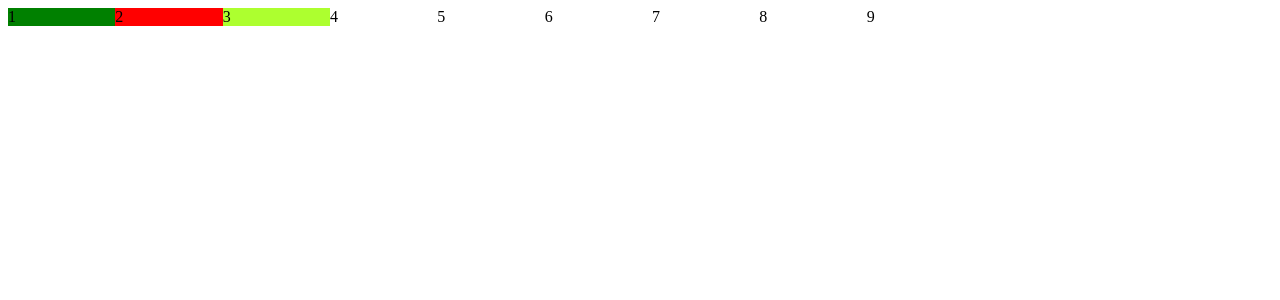
Repository: motiejus1/09-paskaita-05.31
Page: index.html
These files come from the project's save history. The page is drawn as it stood at one moment and after the next save; the edit follows.
The browser window is 1280 px wide. The pictures show the whole page.

Above is the page before, as saved 2021-06-15 18:49:07.

### index.html
<!DOCTYPE html>
<html lang="en">
<head>
    <meta charset="UTF-8">
    <meta http-equiv="X-UA-Compatible" content="IE=edge">
    <meta name="viewport" content="width=device-width, initial-scale=1.0">
    <title>9 paskaita</title>
    <style>
        .grid-container {
            display: grid;
            grid-template-columns: auto auto auto auto auto auto auto auto auto auto auto auto;
        }

        .zalia {
            background-color: green;
        }

        .raudona {
            background-color: red;
        }

        .geltona {
            background: greenyellow;
        }
    </style>
</head>
<body>
    <div class="grid-container">
        <div class="grid-item zalia">1</div>
        <div class="grid-item raudona">2</div>
        <div class="grid-item geltona">3</div>
        <div class="grid-itemzalia">4</div>
        <div class="grid-item">5</div>
        <div class="grid-item">6</div>
        <div class="grid-itemzalia">7</div>
        <div class="grid-item">8</div>
        <div class="grid-item">9</div>
    </div>

</body>
</html>

After the next save:
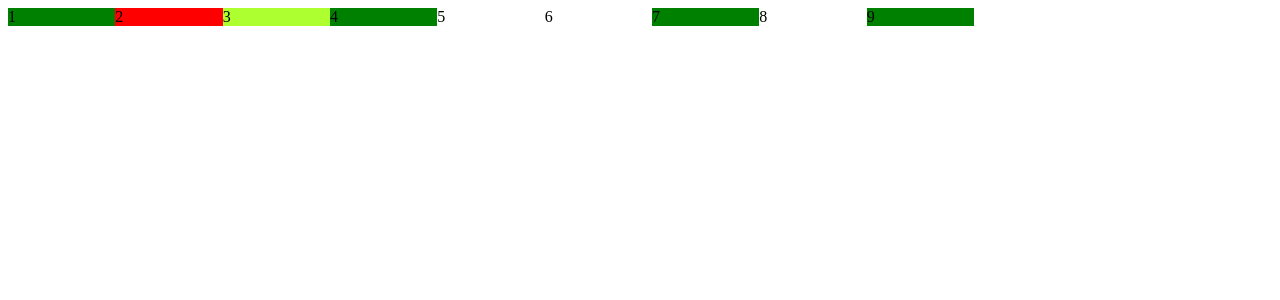
Saved 4 s later.
--- a/index.html
+++ b/index.html
@@ -29,12 +29,12 @@
         <div class="grid-item zalia">1</div>
         <div class="grid-item raudona">2</div>
         <div class="grid-item geltona">3</div>
-        <div class="grid-itemzalia">4</div>
+        <div class="grid-item zalia">4</div>
         <div class="grid-item">5</div>
         <div class="grid-item">6</div>
-        <div class="grid-itemzalia">7</div>
+        <div class="grid-item zalia">7</div>
         <div class="grid-item">8</div>
-        <div class="grid-item">9</div>
+        <div class="grid-item zalia">9</div>
     </div>
 
 </body>
